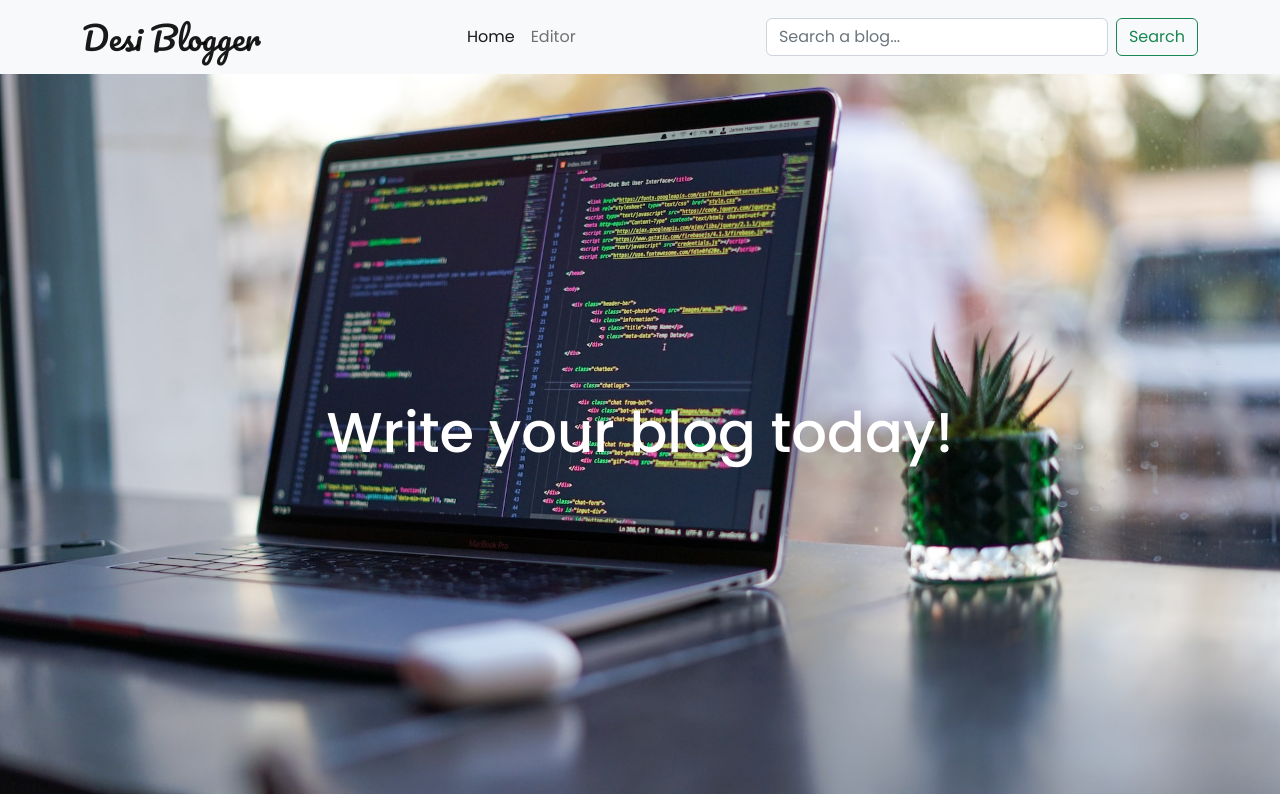
Repository: badhon252/Desi_Blogger
Page: public/home.html
The author's editor kept a copy of each file at every save. The page is drawn from the files as they stood at one save, then again after the next save.
The browser window is 1280 px wide. The pictures show the whole page.

Above is the page before, as saved 2022-11-15 19:45:43.

### public/home.html
<!DOCTYPE html>
<html lang="en">

<head>
    <meta charset="UTF-8">
    <meta http-equiv="X-UA-Compatible" content="IE=edge">
    <meta name="viewport" content="width=device-width, initial-scale=1.0">

    <!-- favicon  -->
    <link rel="icon" sizes="180x180" href="./img/favicon_io/android-chrome-192x192.png">

    <!-- bs-5 link -->
    <link rel="stylesheet" href="https://cdn.jsdelivr.net/npm/bootstrap@5.2.2/dist/css/bootstrap.min.css">
    <!-- custom css  -->
    <link rel="stylesheet" href="css/home.css">
    <!-- fonts  -->
    <link rel="preconnect" href="https://fonts.googleapis.com">
    <link rel="preconnect" href="https://fonts.gstatic.com" crossorigin>
    <link href="https://fonts.googleapis.com/css2?family=Poppins:wght@400;500;600;700;800;900&display=swap"
        rel="stylesheet">
    <title>Desi-Blogger</title>
</head>

<body>
    <header id="header">
        <nav class="navbar navbar-expand-lg bg-light">
            <div class="container">
                <a class="navbar-brand" href="#">Desi Blogger</a>
                <button class="navbar-toggler" type="button" data-bs-toggle="collapse"
                    data-bs-target="#navbarSupportedContent" aria-controls="navbarSupportedContent"
                    aria-expanded="false" aria-label="Toggle navigation">
                    <span class="navbar-toggler-icon"></span>
                </button>
                <div class="collapse navbar-collapse" id="navbarSupportedContent">
                    <ul class="navbar-nav m-auto mb-2 mb-lg-0">
                        <li class="nav-item">
                            <a class="nav-link active" href="#">Home</a>
                        </li>
                        <li class="nav-item">
                            <a class="nav-link" href="#">Editor</a>
                        </li>

                    </ul>
                    <form class="d-flex" role="search">
                        <input class="form-control me-2" type="search" placeholder="Search a blog..."
                            aria-label="Search">
                        <button class="btn btn-outline-success" type="submit">Search</button>
                    </form>
                </div>
            </div>
        </nav>
        <section class="content">
            <h1>
                <span class="small">
                    Write your blog today!
            </h1>

            </span>
        </section>
    </header>

    <script src="https://cdn.jsdelivr.net/npm/bootstrap@5.2.2/dist/js/bootstrap.bundle.min.js"></script>
</body>

</html>

### public/css/home.css
@import url("https://fonts.googleapis.com/css2?family=Pacifico&display=swap");
* {
  margin: 0;
  padding: 0;
  box-sizing: border-box;
}

body {
  font-family: "Poppins", sans-serif;
  background-image: repeating-linear-gradient(
      45deg,
      rgb(255, 255, 255) 0px,
      rgb(255, 255, 255) 10px,
      transparent 10px,
      transparent 11px
    ),
    repeating-linear-gradient(
      135deg,
      rgb(255, 255, 255) 0px,
      rgb(255, 255, 255) 10px,
      transparent 10px,
      transparent 11px
    ),
    linear-gradient(90deg, rgba(213, 211, 217, 0.33), rgba(213, 211, 217, 0.33));
  position: relative;
}
::selection {
  background: #1b1b1b;
  color: #fff;
}

.navbar-brand {
  font-family: "Pacifico", cursive;
  font-size: 2rem;
}

.content {
  width: 100%;
  height: calc(100vh);
  background-image: url(../img/header-img.jpg);
  background-size: cover;
  display: flex;
  justify-content: center;
  align-items: center;
}

.content h1 {
  font-size: 4rem;
  color: #fff;
  text-align: center;
}

After the next save:
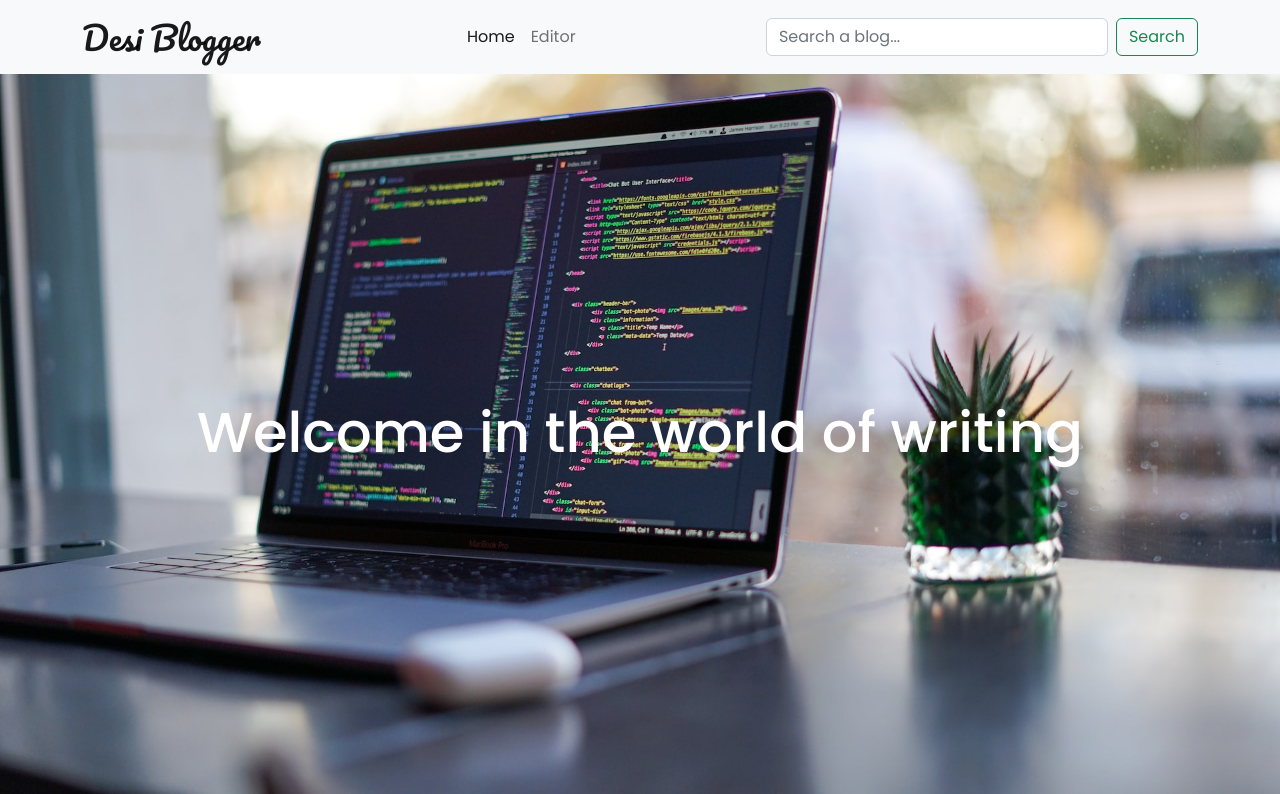
Saved 43 s later.
--- a/public/home.html
+++ b/public/home.html
@@ -52,7 +52,8 @@
         <section class="content">
             <h1>
                 <span class="small">
-                    Write your blog today!
+                    Welcome in the world of
+                    <span>writing</span>
             </h1>
 
             </span>
